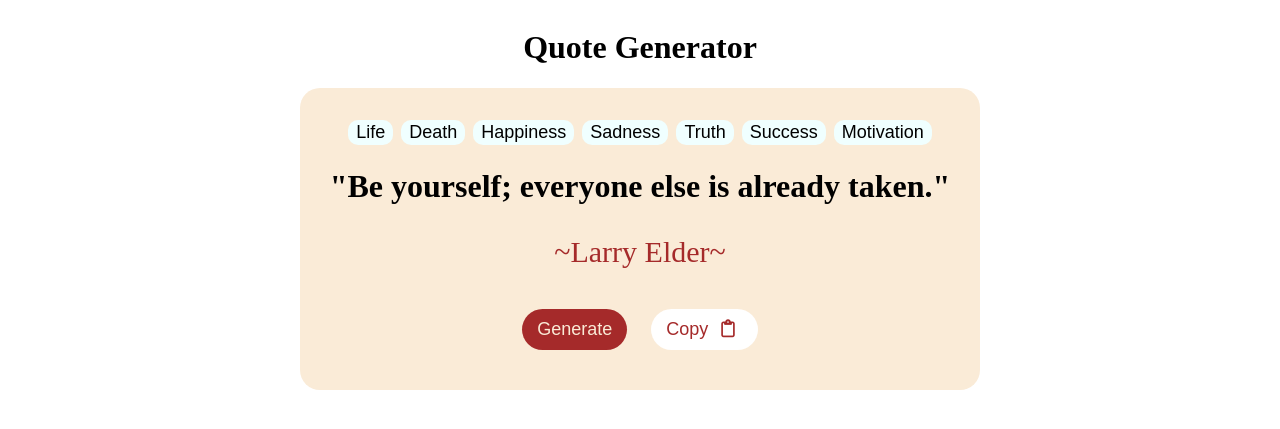
Repository: moehaymanmyint/Random-Quote-Generator
Page: index.html
An editor plug-in stored every save of this project. The page is shown before and after the next save, followed by the edit.
The browser window is 1280 px wide. The pictures show the whole page.
Some web libraries are served in a nearby version.

Above is the page before, as saved 2024-11-05 23:24:03.

After the next save:
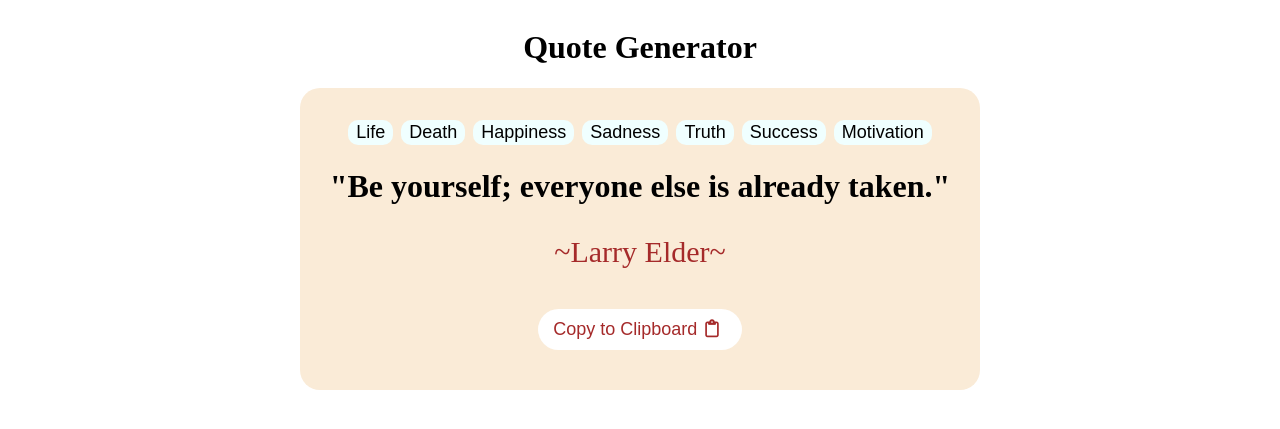
Saved 47 h 2 min later.
--- a/index.html
+++ b/index.html
@@ -26,8 +26,7 @@
                 <p class="author">~Larry Elder~</p>
             </div>
             <div class="btn">
-                <button class="generate-btn">Generate</button>
-                <button class="copy-btn">Copy <i class="fa-regular fa-clipboard"></i></button>
+                <button class="copy-btn">Copy to Clipboard<i class="fa-regular fa-clipboard"></i></button>
             </div>
         </div>
     </div>
